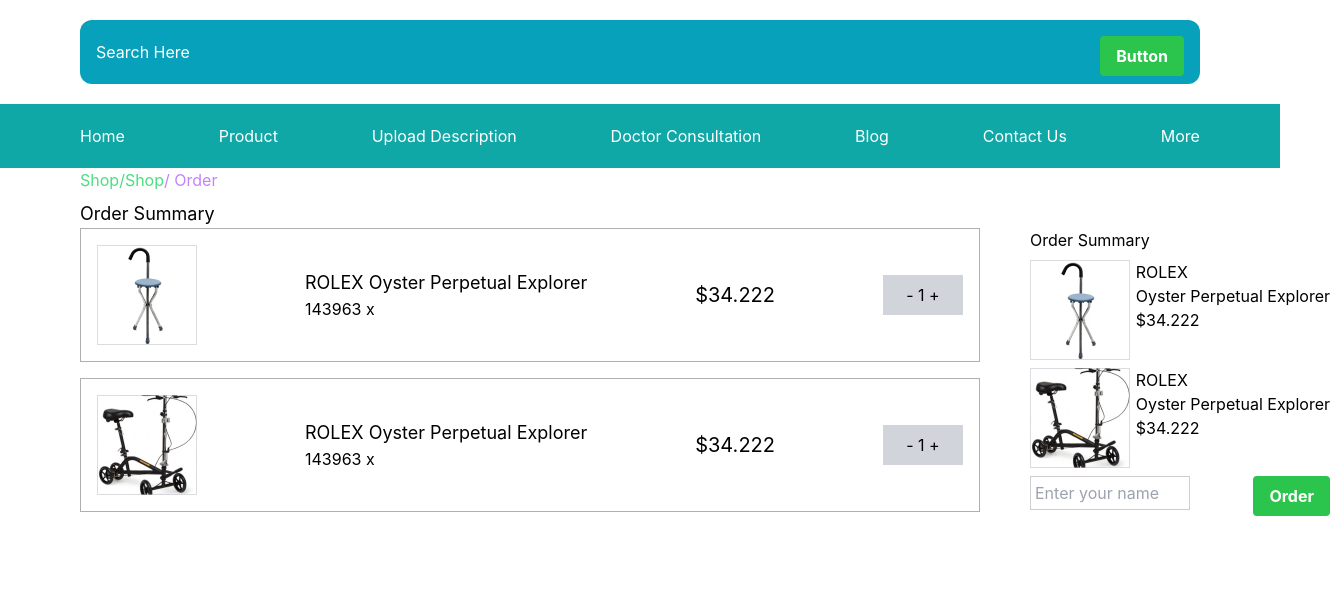
Repository: arafatmollah/pharma
Page: /
An editor plug-in stored every save of this project. The page is shown before and after a run of saves, followed by the edit.
The browser window is 1280 px wide. The page is 1330 px wide, so the pictures cover 1330 px, including what lies to the right of the window. The pictures show the whole page.
The project was rebuilt for these pictures with package versions that can differ from the ones it lists, and the page was loaded fresh each time.

Above is the page before, as saved 2023-03-12 22:20:25.

### src/App.js

import './App.css';
import Nav from './Nav';
import Order from './Order';

function App() {
  return (
    <div className="App">
      <Nav></Nav>
      <Order></Order>
    </div>
  );
}

export default App;

### src/App.css
.box-border{
    background-color: #08A1BC;
}
.btn {
    @apply font-bold py-2 px-4 rounded;
    background-color: #2BC44C;
    color: white;
  }
  .btn-blue {
    @apply bg-blue-500 text-white;
  }
  .btn-blue:hover {
    @apply bg-blue-700;
  }
.nav{
    background-color: #0FA8A6;
}
.order{
    border: 1px solid rgb(175, 175, 175);
    border: 100%;
}
.list{
  display: grid;
  grid-template-columns: 900px 300px;
  grid-gap: 50px;
}
.form{
  border: 1px solid rgb(207, 205, 205);
  padding: 4px;
}

### src/Nav.js
import React from 'react'
import './App.css';

function Nav() {
  return (
    <div>
        <div className='box-border h-16 w-100 p-4 mx-20 my-5 rounded-xl'>
          <div className='flex justify-between align-middle'>
                <p className='text-white mt-1'>Search Here</p>
                <button class="btn mb-1"> Button</button>
          </div>
        </div>
        <div className='box-border h-16 w-100 nav'>
            <div className='flex mx-20 items-center justify-between text-white'>
            <div className='mt-5'>Home</div>
            <div className='mt-5'> Product</div>
            <div className='mt-5'>Upload Description</div>
            <div className='mt-5'>Doctor Consultation</div>
            <div className='mt-5'>Blog</div>
            <div className='mt-5'>Contact Us</div>
            <div className='mt-5'>More</div>
            </div>
        </div>
    </div>
  )
}

export default Nav

### src/Order.js
import React from 'react'
import img from './images/img.png'
import im from './images/im.png'

function order() {
  return (
    <div>
        <div className='flex mx-20'>
            <p className='text-green-400'>Shop</p>
            <p className='text-green-400'>/Shop</p>
            <p className='text-purple-400'>/ Order</p>
        </div>
        <div className='mt-2 mx-20'>
          <h3 className='text-lg'>Order Summary</h3>
        </div>
        <div className='mx-20 list'>
          <div>
          <div className='flex border-box p-4 w-100 order justify-center items-center justify-between'>
            <div>
              <img src={img}></img>
            </div>
            <div>
              <h1 className='text-lg'>ROLEX Oyster Perpetual Explorer</h1>
              <p>143963 x</p>
            </div>
            <div>
              <h3 className='text-xl'>$34.222</h3>
            </div>
            <div className='bg-gray-300 h-10 w-20 flex justify-center items-center'>
                - 1 +
              </div>
          </div>
          <div className='flex border-box p-4 order mt-4 justify-between justify-center items-center'>
            <div>
              <img src={im}></img>
            </div>
            <div>
              <h1 className='text-lg'>ROLEX Oyster Perpetual Explorer</h1>
              <p>143963 x</p>
            </div>
            <div>
              <h3 className='text-xl'>$34.222</h3>
            </div>
            <div>
              <div className='bg-gray-300 h-10 w-20 flex justify-center items-center'>
                - 1 +
              </div>
            </div>
          </div>
          </div>
          <div>
            Order Summary
          <div className='flex justify-between my-2'>
            <img src={img}></img>
            <div>
              <p>ROLEX</p>
              <h3>Oyster Perpetual Explorer</h3>
              <p>$34.222</p>
            </div>
          </div>
          <div className='flex justify-between my-2'>
            <img src={im}></img>
            <div>
              <p>ROLEX</p>
              <h3>Oyster Perpetual Explorer</h3>
              <p>$34.222</p>
            </div>
          </div>
          <div className='flex justify-between'>
            <form>
              <input type={Text} className="form w-40" placeholder="Enter your name"></input>
            </form>
            <button className='btn'>Order</button>
          </div>
          <div>
            <div>
              <p></p>
            </div>
          </div>
        </div>
        </div>

    </div>
  )
}

export default order

Loaded but not shown: public/index.html (common file); src/index.js (common file); src/index.css (common file); src/reportWebVitals.js (common file); tailwind.config.js (common file)

After the next 5 saves:
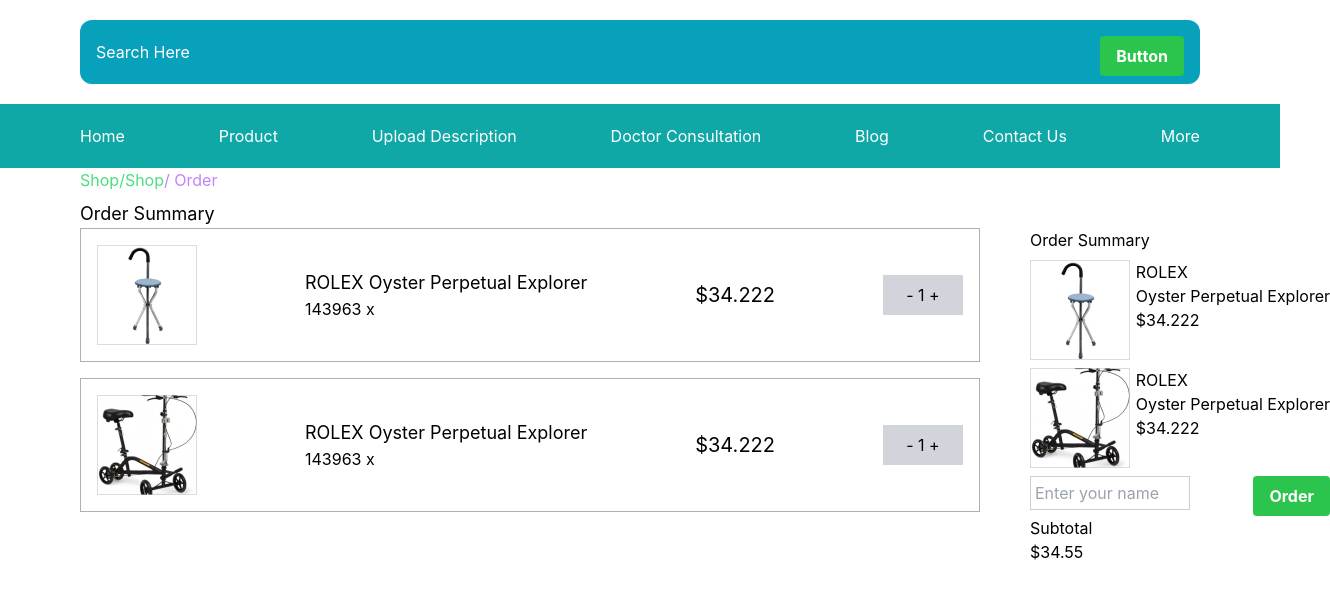
The 5 saves are shown as one change because they came seconds apart.
The last was saved 20 s later.
--- a/src/Order.js
+++ b/src/Order.js
@@ -74,7 +74,8 @@ function order() {
           </div>
           <div>
             <div>
-              <p></p>
+              <p>Subtotal</p>
+              <p>$34.55</p>
             </div>
           </div>
         </div>
